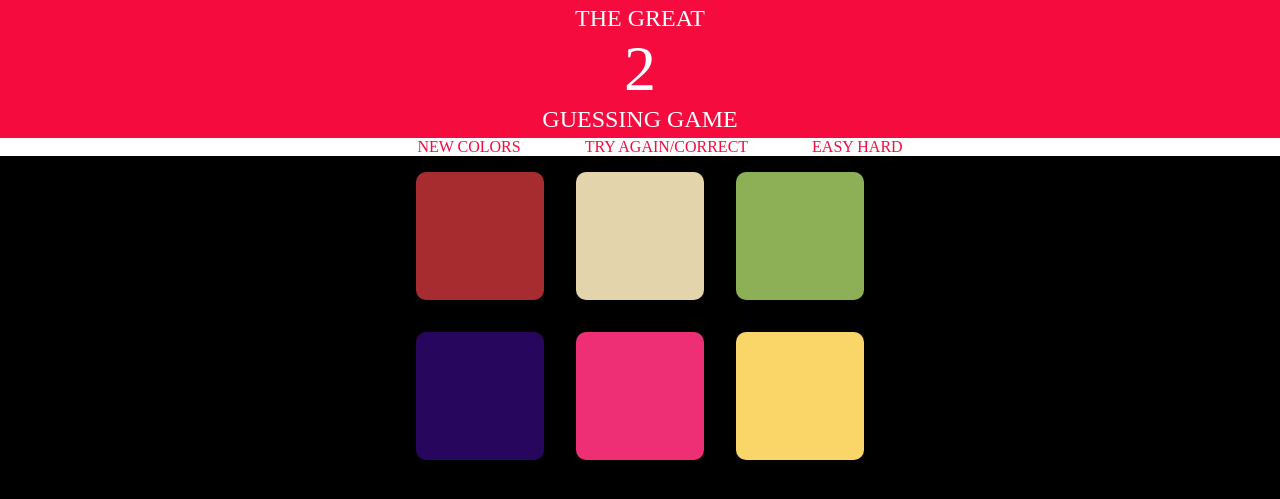
Repository: EEOOOO/javascript-projects
Page: rgbColorGameApp/index.html
An editor plug-in stored every save of this project. The page is shown before and after the next save, followed by the edit.
The browser window is 1280 px wide. The pictures show the whole page.
After loading, the first visible `div.playNewGameButton` was clicked once.

Above is the page before, as saved 2022-07-19 15:54:05.

After the next save:
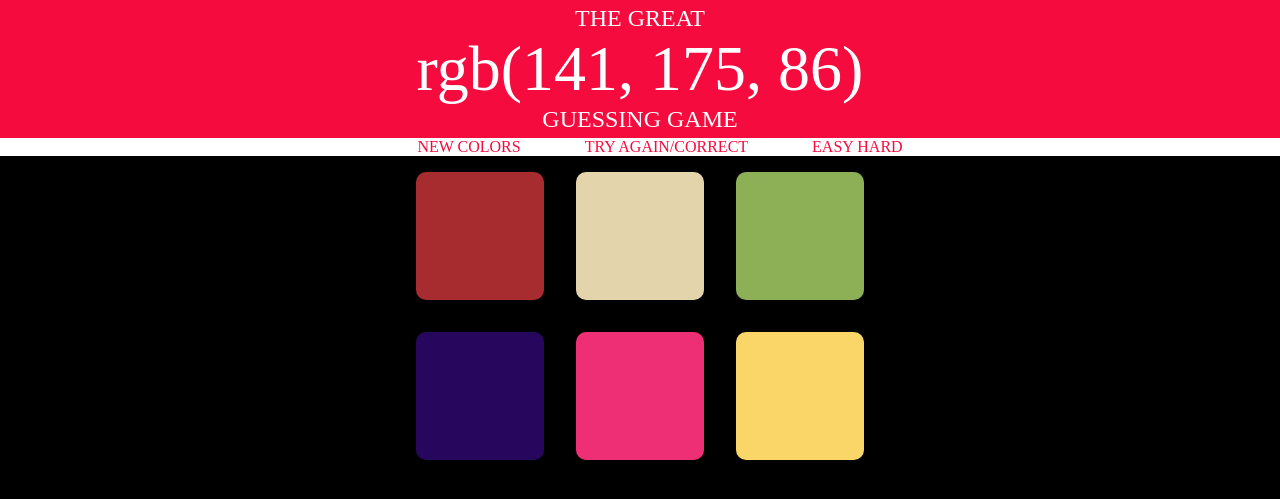
Saved 27 s later.
--- a/rgbColorGameApp/rgbColorGame.js
+++ b/rgbColorGameApp/rgbColorGame.js
@@ -24,7 +24,7 @@ function initGame(){
 
     // 그 중 하나 정답 색 , rgbQuestion 글자 넣어주기
     let answer = Math.floor(Math.random() * 6);
-    rgbQuestion.textContent = answer;
+    rgbQuestion.textContent = randomColors[answer];
     setBoxes(randomColors, answer);
     // 그 중 마지막 색으로 헤더 색 변경
     let initHeaderColor = randomColors[randomColors.length-1];
